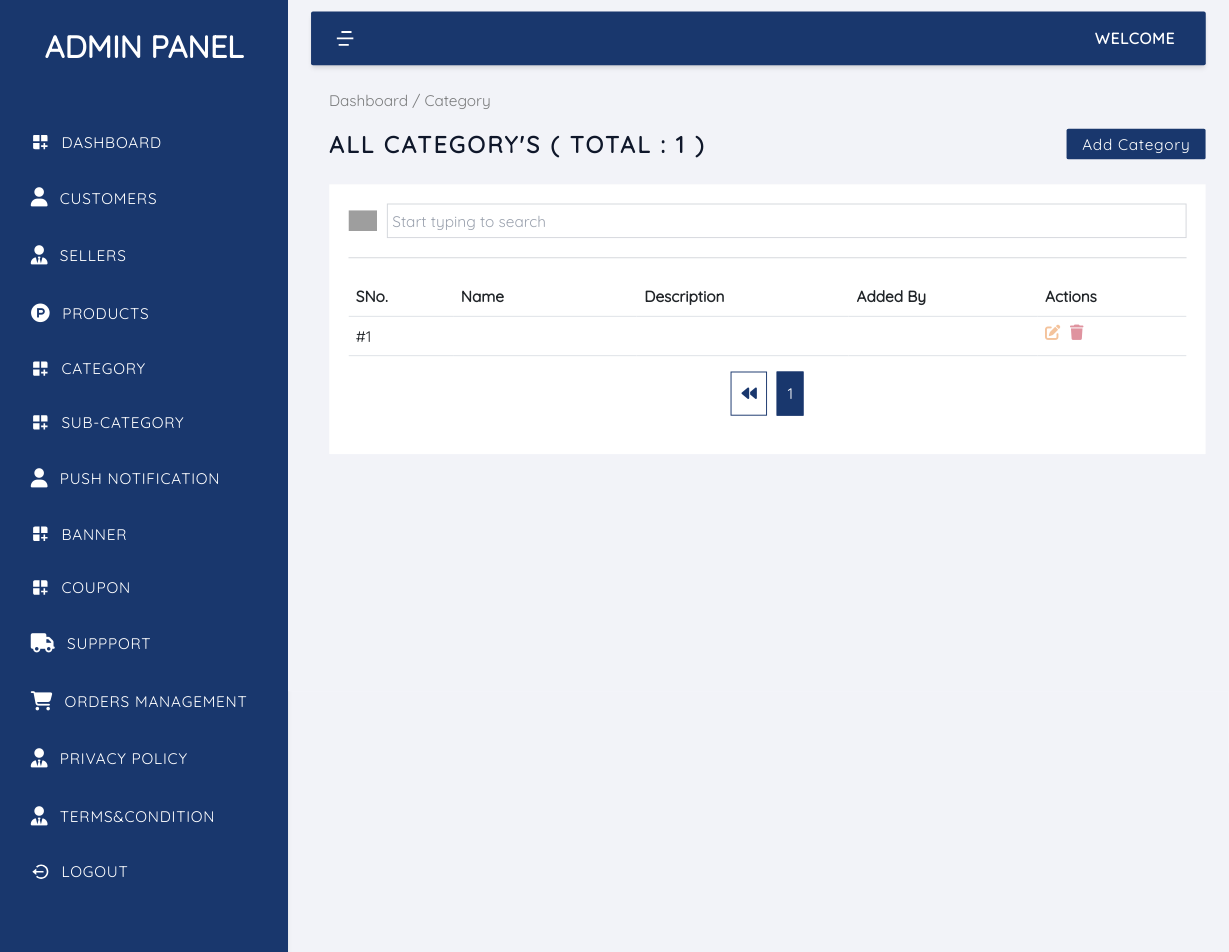
Repository: shishpal2000/admin.aschpro
Page: /Category
The author's editor kept a copy of each file at every save. The page is drawn from the files as they stood at one save, then again after a run of saves.
The browser window is 1280 px wide. The pictures show the whole page, at 96% of full size.
Pictures or frames that could not be fetched are drawn as grey boxes. Some web libraries are served in a nearby version. The project was rebuilt for these pictures with package versions that can differ from the ones it lists, and the page was loaded fresh each time. Also part of the build but not shown: src/E-CommerceAdmin/forms/Login.jsx, src/E-CommerceAdmin/pages/Dashboard.jsx, src/E-CommerceAdmin/pages/EProduct.js, src/E-CommerceAdmin/pages/EVendorList.js, src/E-CommerceAdmin/pages/EAdminOrders.js, src/E-CommerceAdmin/pages/EAdminDelivery.js, src/E-CommerceAdmin/pages/EAdminCustomer.js, src/E-CommerceAdmin/pages/ESubCategory.js and 6 more. Imported but missing from the stored project, and not drawn on this page: src/E-CommerceAdmin/pages/Complaints, src/E-CommerceAdmin/pages/Component/SpinnerComp, src/E-CommerceAdmin/pages/EAdmin, src/E-CommerceAdmin/pages/EAdminProduct, src/E-CommerceAdmin/pages/ESingleProduct, src/E-CommerceAdmin/pages/GetMeThis, src/E-CommerceAdmin/pages/HelpSupport.

Above is the page before, as saved 2023-06-28 16:27:52.

### public/index.html
<!-- @format -->

<!DOCTYPE html>
<html lang="en">
  <head>
    <meta charset="utf-8" />
    <meta name="viewport" content="width=device-width, initial-scale=1" />
    <meta name="theme-color" content="#000000" />
    <meta
      name="description"
      content="Web site created using create-react-app"
    />
    <link rel="icon" href="%PUBLIC_URL%/favicon.png" />
    <link rel="manifest" href="%PUBLIC_URL%/manifest.json" />
    <link rel="preconnect" href="https://fonts.googleapis.com" />
    <link rel="preconnect" href="https://fonts.gstatic.com" crossorigin />
    <link
      href="https://fonts.googleapis.com/css2?family=Roboto+Mono:ital,wght@1,300&display=swap"
      rel="stylesheet"
    />
    <link rel="preconnect" href="https://fonts.googleapis.com">
<link rel="preconnect" href="https://fonts.gstatic.com" crossorigin>
<link href="https://fonts.googleapis.com/css2?family=Quicksand&display=swap" rel="stylesheet">
    <title>Subharambh</title>
  </head>
  <body>
    <noscript>You need to enable JavaScript to run this app.</noscript>
    <div id="root"></div>
    <script src="https://code.jquery.com/jquery-3.6.0.min.js"></script>
    <script
      src="https://kit.fontawesome.com/b533b351e4.js"
      crossorigin="anonymous"
    ></script>
    <script
      type="module"
      src="https://unpkg.com/ionicons@7.1.0/dist/ionicons/ionicons.esm.js"
    ></script>
    <script
      nomodule
      src="https://unpkg.com/ionicons@7.1.0/dist/ionicons/ionicons.js"
    ></script>
  </body>
</html>

### src/E-CommerceAdmin/pages/ECategory.js
/** @format */

import React, { useEffect, useState } from "react";
import HOC from "../layout/HOC";
import {
  Table,
  Modal,
  Form,
  Button,
  FloatingLabel,
  Alert,
} from "react-bootstrap";

const ECategory = () => {
  const [modalShow, setModalShow] = React.useState(false);
  const [edit, setEdit] = useState("");

  const data = [
    {
      img : "https://rukminim1.flixcart.com/flap/128/128/image/69c6589653afdb9a.png?q=100" ,
      name : ""
    }
  ]

  // Pagination and Filter
  const [query, setQuery] = useState("");
  const [currentPage2, setCurrentPage2] = useState(1);
  const [postPerPage2] = useState(10);
  const lastPostIndex2 = currentPage2 * postPerPage2;
  const firstPostIndex2 = lastPostIndex2 - postPerPage2;

  let pages2 = [];

  const TotolData = query
    ? data?.filter(
        (i) =>
          i?.name?.toLowerCase().includes(query?.toLowerCase()) ||
          i?.email?.toLowerCase().includes(query?.toLowerCase())
      )
    : data;

  useEffect(() => {
    if (query) {
      setCurrentPage2(1);
    }
  }, [query]);

  const slicedData = TotolData?.slice(firstPostIndex2, lastPostIndex2);

  for (let i = 1; i <= Math.ceil(TotolData?.length / postPerPage2); i++) {
    pages2.push(i);
  }

  function Next() {
    setCurrentPage2(currentPage2 + 1);
  }

  function Prev() {
    if (currentPage2 !== 1) {
      setCurrentPage2(currentPage2 - 1);
    }
  }



  function MyVerticallyCenteredModal(props) {


    return (
      <Modal
        {...props}
        size="lg"
        aria-labelledby="contained-modal-title-vcenter"
        centered
      >
        <Modal.Header closeButton>
          <Modal.Title id="contained-modal-title-vcenter">
            {" "}
            {edit ? "Edit Category" : " Add Category"}
          </Modal.Title>
        </Modal.Header>
        <Modal.Body>

            <Form >
              <Form.Group className="mb-3">
                <Form.Label>Image</Form.Label>
                <Form.Control
                  type="file"
                  required

                />
              </Form.Group>
              <Form.Group className="mb-3">
                <Form.Label>Name</Form.Label>
                <Form.Control
                  type="text"
                  required

                />
              </Form.Group>

              <FloatingLabel
                controlId="floatingTextarea2"
                label="Description"
                className="mb-3"
              >
                <Form.Control
                  as="textarea"

                />
              </FloatingLabel>

              <Button
                style={{ backgroundColor: "#19376d", borderRadius: "0" }}
                type="submit"
              >
                Submit
              </Button>
            </Form>

        </Modal.Body>
      </Modal>
    );
  }

  return (
    <>
      <MyVerticallyCenteredModal
        show={modalShow}
        onHide={() => setModalShow(false)}
      />

      <section>
        <p className="headP">Dashboard / Category</p>
        <div
          className="pb-4   w-full flex justify-between items-center"
          style={{ width: "98%", marginLeft: "2%" }}
        >
          <span
            className="tracking-widest text-slate-900 font-semibold uppercase"
            style={{ fontSize: "1.5rem" }}
          >
            All Category's ( Total : {data?.length} )
          </span>
          <button
            onClick={() => {
              setEdit(false);
              setModalShow(true);
            }}
            className="md:py-2 px-3 md:px-4 py-1 rounded-sm bg-[#19376d] text-white tracking-wider"
          >
            Add Category
          </button>
        </div>

        <section className="sectionCont">
          {data?.length === 0 || !data ? (
            <Alert>Categories Not Found</Alert>
          ) : (
            <>
              <div className="filterBox">
                <img
                  src="https://t4.ftcdn.net/jpg/01/41/97/61/360_F_141976137_kQrdYIvfn3e0RT1EWbZOmQciOKLMgCwG.jpg"
                  alt=""
                />
                <input
                  type="search"
                  placeholder="Start typing to search"
                  onChange={(e) => setQuery(e.target.value)}
                />
              </div>

              <div className="overFlowCont">
                <Table>
                  <thead>
                    <tr>
                      <th>SNo.</th>
                      <th>Name</th>
                      <th>Description</th>
                      <th>Added By</th>
                      <th>Actions</th>
                    </tr>
                  </thead>
                  <tbody>
                    {slicedData?.map((i, index) => (
                      <tr key={index}>
                        <td>#{index + 1} </td>
                        <td>
                          <span className="flexCont">
                            <img src={i.image} alt="" />
                            <p> {i.name} </p>
                          </span>
                        </td>
                        <td>{i.description} </td>
                        <td>{i.userId?.name} </td>
                        <td>
                          {" "}
                          <span className="flexCont">
                            <i
                              className="fa-solid fa-pen-to-square "
                              onClick={() => {
                                setEdit(true);

                                setModalShow(true);
                              }}
                            ></i>
                            <i
                              className="fa-sharp fa-solid fa-trash"
                            ></i>
                          </span>
                        </td>
                      </tr>
                    ))}
                  </tbody>
                </Table>
                {/* Pagination */}
                <div className="pagination">
                  <button onClick={() => Prev()} className="prevBtn">
                    <i className="fa-solid fa-backward"></i>
                  </button>
                  {currentPage2 === 1 ? (
                    ""
                  ) : (
                    <button onClick={() => setCurrentPage2(1)}>1</button>
                  )}

                  {pages2
                    ?.slice(currentPage2 - 1, currentPage2 + 3)
                    .map((i, index) =>
                      i === pages2?.length ? (
                        ""
                      ) : (
                        <button
                          key={index}
                          onClick={() => setCurrentPage2(i)}
                          className={currentPage2 === i ? "activePage" : ""}
                        >
                          {" "}
                          {i}{" "}
                        </button>
                      )
                    )}

                  <button
                    onClick={() => setCurrentPage2(pages2?.length)}
                    className={
                      currentPage2 === pages2?.length ? "activePage" : ""
                    }
                  >
                    {" "}
                    {pages2?.length}{" "}
                  </button>

                  {currentPage2 === pages2?.length ? (
                    ""
                  ) : (
                    <button onClick={() => Next()} className="nextBtn">
                      {" "}
                      <i className="fa-sharp fa-solid fa-forward"></i>
                    </button>
                  )}
                </div>
              </div>
            </>
          )}
        </section>
      </section>
    </>
  );
};

  export default HOC(ECategory);

### src/E-CommerceAdmin/layout/HOC.jsx
/** @format */

import React, { useState } from "react";
import Navbar from "./Navbar";
import Sidebar from "./Sidebar";

const HOC = (Wcomponenet) => {
  return function Component() {
    const [hamb, setHamb] = useState(false);
    return (
      <>
        <section
          className="flex overflow-x-hidden relative "
          style={{ backgroundColor: "#f2f3f8" }}
        >
          {/* Sidebar */}
          <div
            className={
              hamb
                ? " absolute top-0 z-30 md:w-auto shadow-md bg-slate-200  w-60 transition-all md:-left-full left duration-150  h-auto overflow-y-auto  left-0 "
                : " md:w-72 z-30 bg-slate-200  shadow-md  md:static absolute top-0 -left-full   transition-all duration-150  overflow-y-auto h-auto"
            }
            style={{ minWidth: "300px" }}
          >
            <Sidebar hamb={hamb} setHamb={setHamb} />
          </div>
          {/* Components & Navbar */}
          <div
            className={
              hamb
                ? " transition-all px-4 py-2  duration-150 w-full h-screen"
                : " w-full h-screen  px-4 py-2   z-50 transition-all duration-150 "
            }
            style={{ backgroundColor: "#f2f3f8" }}
          >
            <Navbar hamb={hamb} setHamb={setHamb} />
            <div className="my-6 text-#000 h-[87%] wcomp overflow-y-auto">
              {" "}
              <Wcomponenet />
            </div>
          </div>
        </section>
      </>
    );
  };
};

export default HOC;

### src/E-CommerceAdmin/layout/Navbar.jsx
/** @format */

import { RiMenu4Line } from "react-icons/ri";

const Navbar = ({ hamb, setHamb }) => {
  const AdminName = localStorage.getItem("AdminName")
  return (
    <>
      <div
        className={
          hamb
            ? "flex  w-full justify-between  my-1 rounded-sm  p-4 py-3 shadow-md items-center  bg-slate-200 space-x-4"
            : "flex  w-full justify-between my-1 rounded-sm  p-4 py-3 shadow-md items-center  bg-slate-200 space-x-4"
        }
        style={{ backgroundColor: "#19376d" }}
      >
        <RiMenu4Line
          onClick={() => setHamb(!hamb)}
          className="text-2xl font-bold text-gray-900 hover:scale-90 cursor-pointer"
          style={{ color: "#fff" }}
        />

        <section className="flex sm:ml-auto justify-end sm:w-full items-center space-x-2  pr-2">
          <figcaption className="tracking-wider pl-1 font-semibold">
            <div
              className="lg:text-base text-sm text-gray-900  uppercase"
              style={{ color: "#fff" }}
            >
              Welcome {AdminName}
            </div>
          </figcaption>
        </section>
      </div>
    </>
  );
};

export default Navbar;

### src/E-CommerceAdmin/layout/Sidebar.jsx
/** @format */

import React from "react";
import { RiCloseLine } from "react-icons/ri";
import { Link, useNavigate } from "react-router-dom";
import { BiLogOutCircle } from "react-icons/bi";
import { MdDashboardCustomize } from "react-icons/md";

const Sidebar = ({ hamb, setHamb }) => {
  const navigate = useNavigate();

  const nav = [
    {
      icon: <MdDashboardCustomize className="text-xl mr-3 rounded-full " />,
      link: "/dashboard ",
      name: "Dashboard",
    },

    {
      icon: (
        <i className="fa-solid fa-user text-xl mr-3 rounded-full"></i>
      ),
      link: "/Customer",
      name: "Customers",
    },
    {
      icon: <i className="fa-solid fa-user-tie text-xl mr-3 rounded-full"></i>,
      link: "/VendorList",
      name: "Sellers",
    },
    {
      icon: (
    <i className="fa-brands fa-product-hunt text-xl mr-3 rounded-full"></i>
      ),
      link: "/Product",
      name: "Products",
    },
    {
      icon: <MdDashboardCustomize className="text-xl mr-3 rounded-full " />,
      link: "/Category",
      name: "Category",
    },

    {
      icon: <MdDashboardCustomize className="text-xl mr-3 rounded-full " />,
      link: "/SubCategory",
      name: "Sub-Category",
    },
    {
      icon: <i className="fa-solid fa-user text-xl mr-3 rounded-full"></i>,
      link: "/pushNotification",
      name: "Push Notification",
    },

    {
      icon: <MdDashboardCustomize className="text-xl mr-3 rounded-full " />,
      link: "/banner",
      name: "Banner",
    },
    {
      icon: <MdDashboardCustomize className="text-xl mr-3 rounded-full " />,
      link: "/coupon",
      name: "Coupon",
    },

    {
      icon: <i className="fa-solid fa-truck  text-xl mr-3 rounded-full"></i>,
      link: "/Support",
      name: "Suppport",
    },
    {
      icon: (
        <i className="fa-solid fa-cart-shopping text-xl mr-3 rounded-full"></i>
      ),
      link: "/Orders",
      name: "Orders Management",
    },

    {
      icon: <i className="fa-solid fa-user-tie text-xl mr-3 rounded-full"></i>,
      link: "/privacy",
      name: "Privacy Policy",
    },
    {
      icon: <i className="fa-solid fa-user-tie text-xl mr-3 rounded-full"></i>,
      link: "/terms",
      name: "Terms&Condition",
    }
  ];

  const logOut = () => {
    localStorage.clear()
    navigate("/");
  };

  return (
    <>
      <aside
        className="p-4 h-auto"
        style={{ backgroundColor: "#19376d", minHeight: "100vh" }}
      >
        {/* Top */}
        <div className="w-full md:hidden relative  p-2 mb-4">
          <RiCloseLine
            onClick={() => setHamb(!hamb)}
            className="text-3xl  absolute top-2 sm:hover:rotate-[228deg] transition-transform font-bold right-2 sm:hover:text-[22px] text-[rgb(241,146,46)] cursor-pointer"
          />
        </div>{" "}
        <figure className="flex  flex-col items-center">
          <span
            className="font-bold text-[#fff]"
            style={{
              fontSize: "2rem",
              textAlign: "center",
              textTransform: "uppercase",
            }}
          >
            {" "}
            ADMIN PANEL
          </span>
        </figure>
        <nav className="py-6">
          {nav.map((nav) => {
            return (
              <Link
                to={nav.link}
                key={nav.name}
                className=""
                style={{ textDecoration: "none", textTransform: "uppercase" }}
              >
                <span
                  className="flex my-3 items-center cursor-pointer text-gray-900    tracking-wider p-2 rounded-sm"
                  style={{ color: "#FFF" }}
                >
                  {nav.icon} {nav.name}
                </span>
              </Link>
            );
          })}
          <span
            className="flex my-3 items-center cursor-pointer text-gray-900    tracking-wider p-2 rounded-sm"
            onClick={() => logOut()}
            style={{ color: "#FFF", textTransform: "uppercase" }}
          >
            <BiLogOutCircle className="text-xl mr-3 rounded-full " /> LogOut
          </span>
        </nav>
      </aside>
    </>
  );
};

export default Sidebar;

Loaded but not shown: tailwind.config.js (common file); src/App.js (70 lines, source omitted); src/index.js (15 lines, source omitted); src/index.css (533 lines, source omitted)

After the next 3 saves:
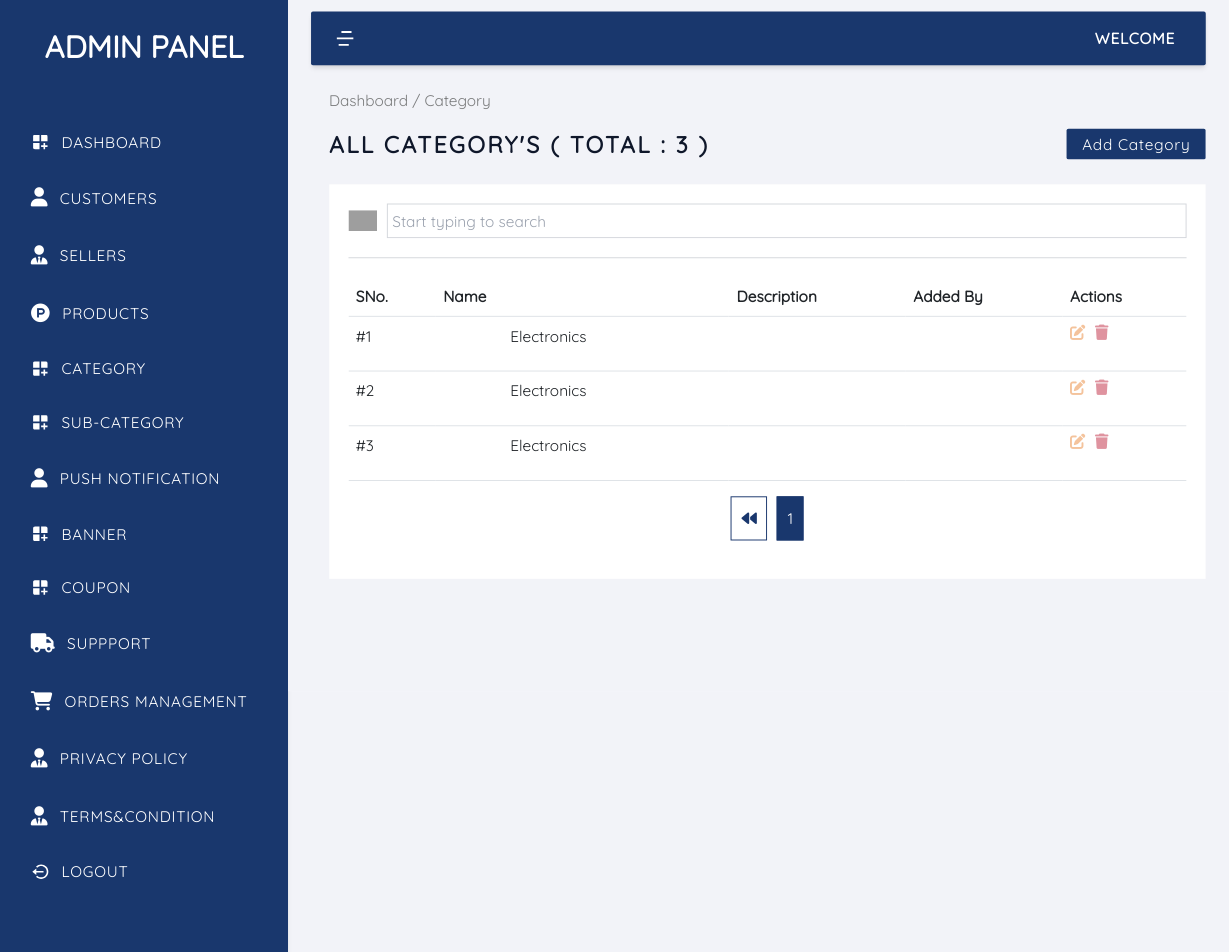
The 3 saves are shown as one change because they came seconds apart.
The last was saved 8 s later.
--- a/src/E-CommerceAdmin/pages/ECategory.js
+++ b/src/E-CommerceAdmin/pages/ECategory.js
@@ -18,8 +18,16 @@ const ECategory = () => {
   const data = [
     {
       img : "https://rukminim1.flixcart.com/flap/128/128/image/69c6589653afdb9a.png?q=100" ,
-      name : ""
-    }
+      name : "Electronics"
+    },
+    {
+      img : "https://rukminim1.flixcart.com/flap/128/128/image/69c6589653afdb9a.png?q=100" ,
+      name : "Electronics"
+    },
+    {
+      img : "https://rukminim1.flixcart.com/flap/128/128/image/69c6589653afdb9a.png?q=100" ,
+      name : "Electronics"
+    },
   ]
 
   // Pagination and Filter
